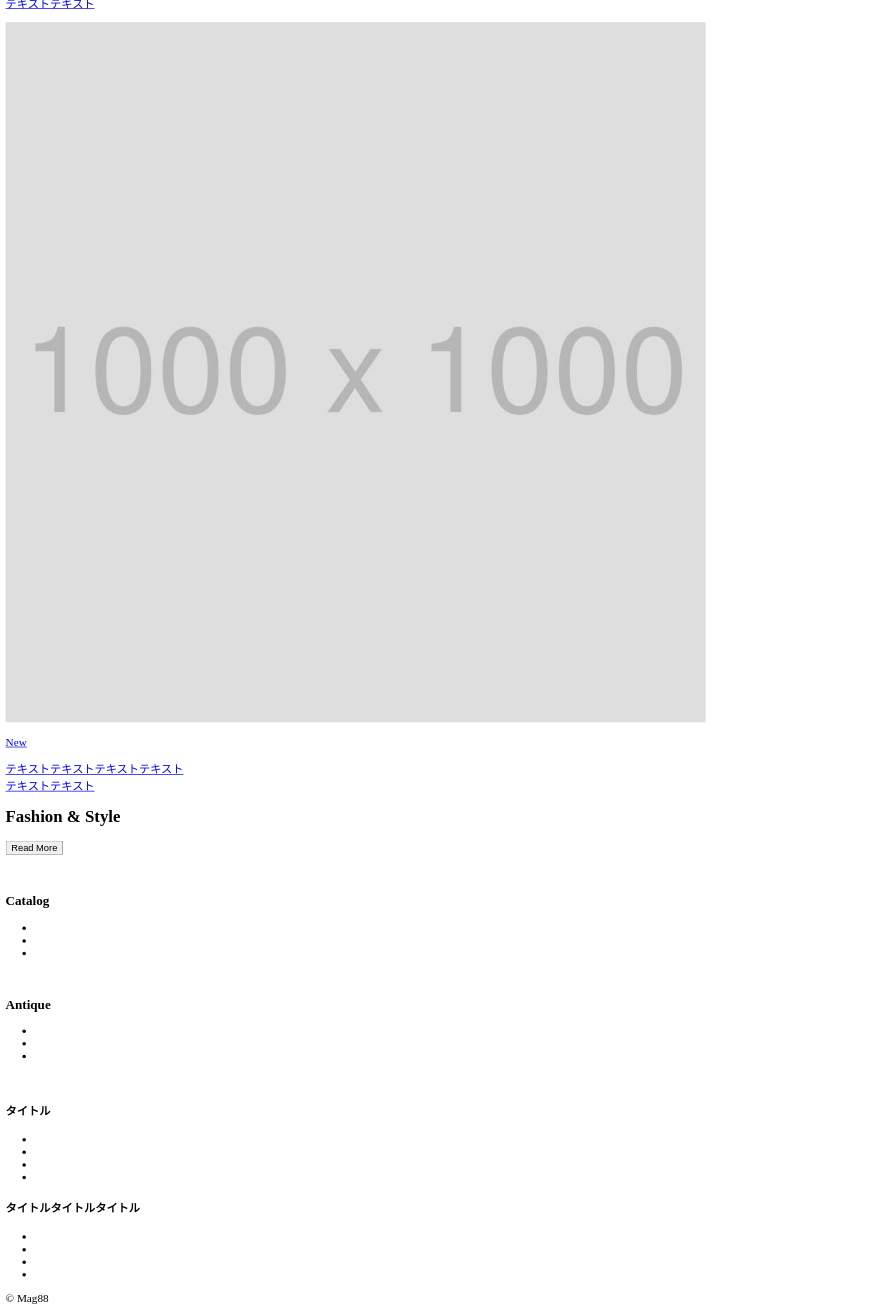
Repository: Fuki-san/bookstore
Page: http://localhost/book
The author's editor kept a copy of each file at every save. The page is drawn from the files as they stood at one save, then again after a run of saves.
The browser window is 1280 px wide. The pictures show the part of the page from y = 1264 to 3184 px (the page is 3144 px tall before and 3184 px after), at 70% of full size.
The page is served by the project's Laravel application, run on PHP 8.4 with Laravel 10.

Above is the page before, as saved 2023-11-20 12:17:29.

After the next 2 saves:
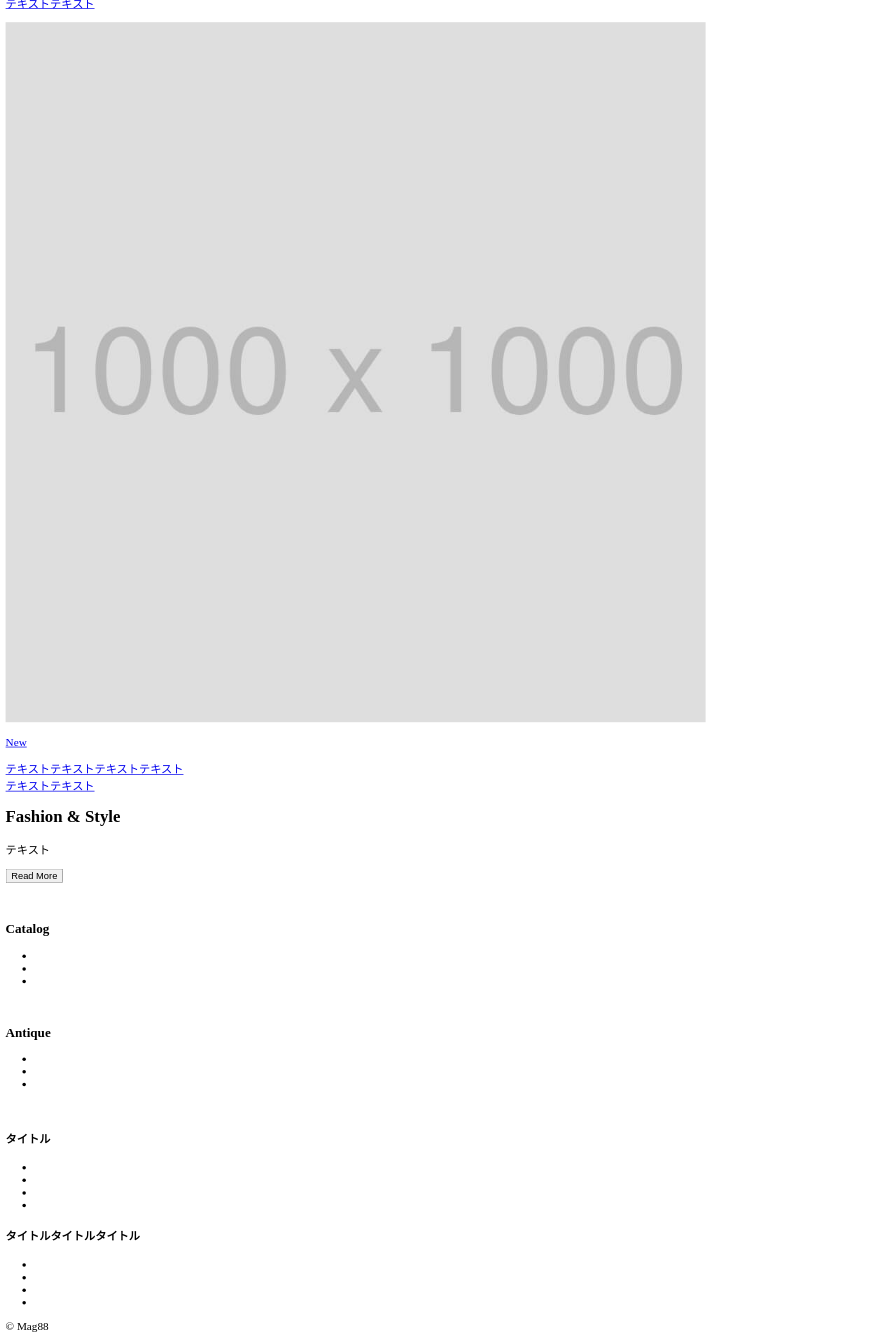
The 2 saves are shown as one change because they came seconds apart.
The last was saved 12 s later.
--- a/resources/views/bookstore.blade.php
+++ b/resources/views/bookstore.blade.php
@@ -38,6 +38,9 @@
         <section id="fashion">
             <div class="wrapper">
                 <h2 class="sec-title">Fashion &amp; Style</h2>
+                <p>
+                テキスト
+                </p>
             </div>
 
             <p></p>
